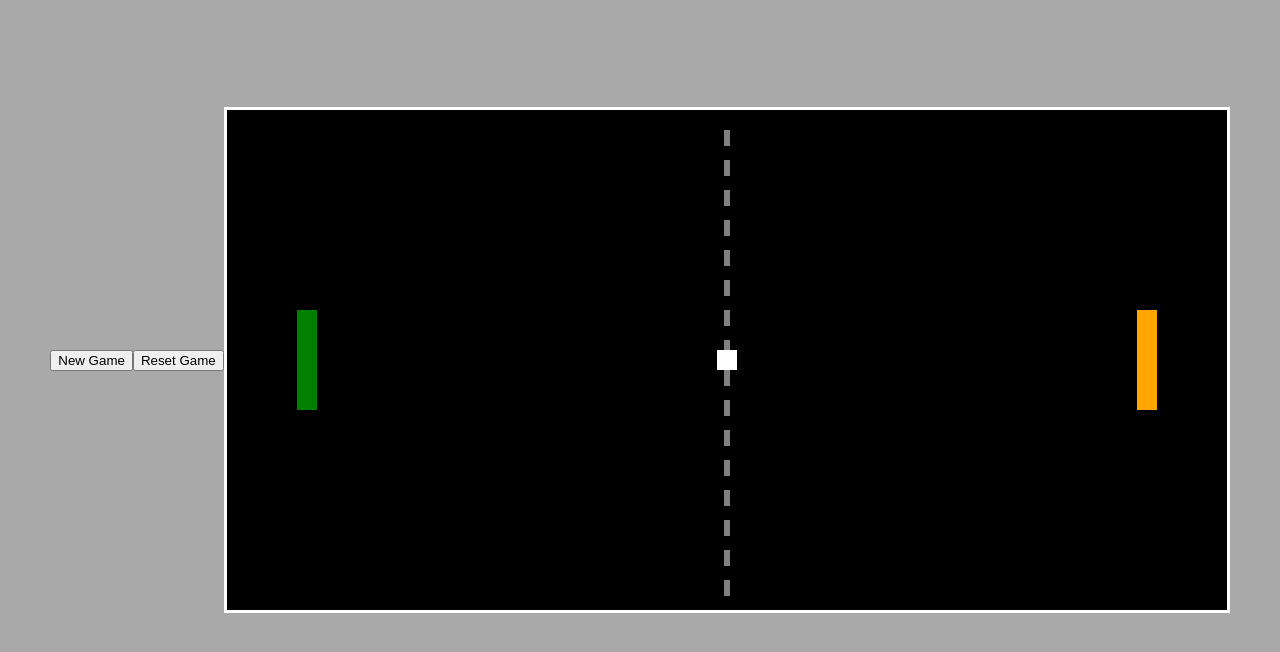
Repository: Dawid-Krasik/Ping-Pong.JS
Page: index.html
The author's editor kept a copy of each file at every save. The page is drawn from the files as they stood at one save, then again after the next save.
The browser window is 1280 px wide. The pictures show the whole page.

Above is the page before, as saved 2019-09-29 20:55:42.

After the next save:
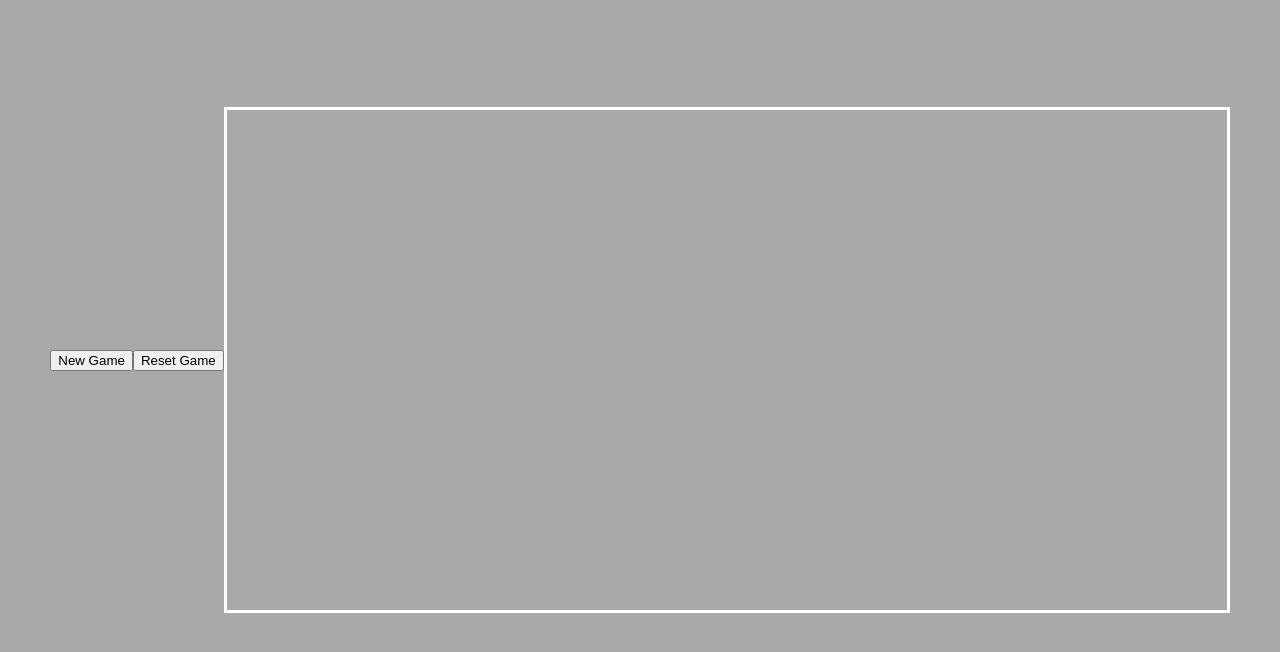
Console error: ReferenceError: play is not defined
Saved 79 s later.
--- a/script.js
+++ b/script.js
@@ -59,7 +59,7 @@
     sound.autoplay = true;
     sound.volume = 0.1;
     }
-}
+} play;
 function muteM() {
 
 

After the 3 saves that followed:
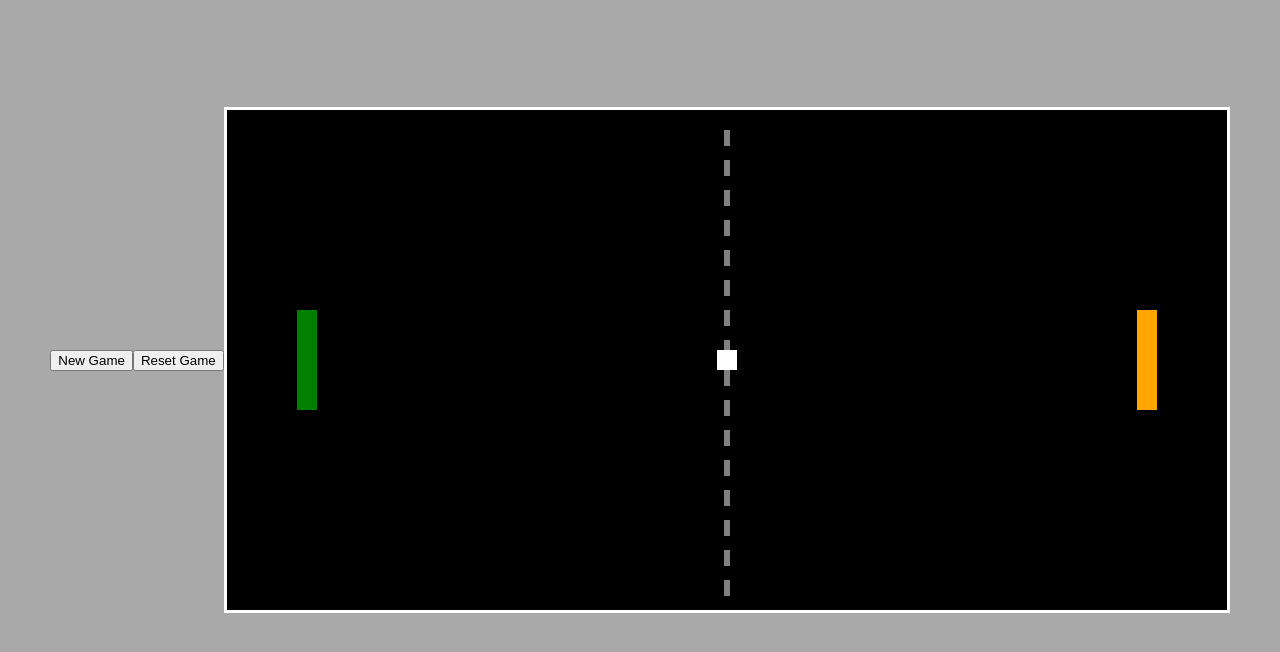
The error is gone.
The 3 saves are shown as one change because 2 left the picture as it was.
The last was saved 73 s later.
--- a/script.js
+++ b/script.js
@@ -58,12 +58,18 @@
     sound.loop = true;
     sound.autoplay = true;
     sound.volume = 0.1;
-    }
-} play;
+    } play;
+}
 function muteM() {
 
-
-    sound.stop = 0;
+    if (sound == false) {
+        sound = new Audio("sound.mp3")
+        sound.loop = false;
+        sound.autoplay = false;
+        sound.volume = 0;
+    } stop;
+
+
 }
 
 newGameB.addEventListener('click', function () {
